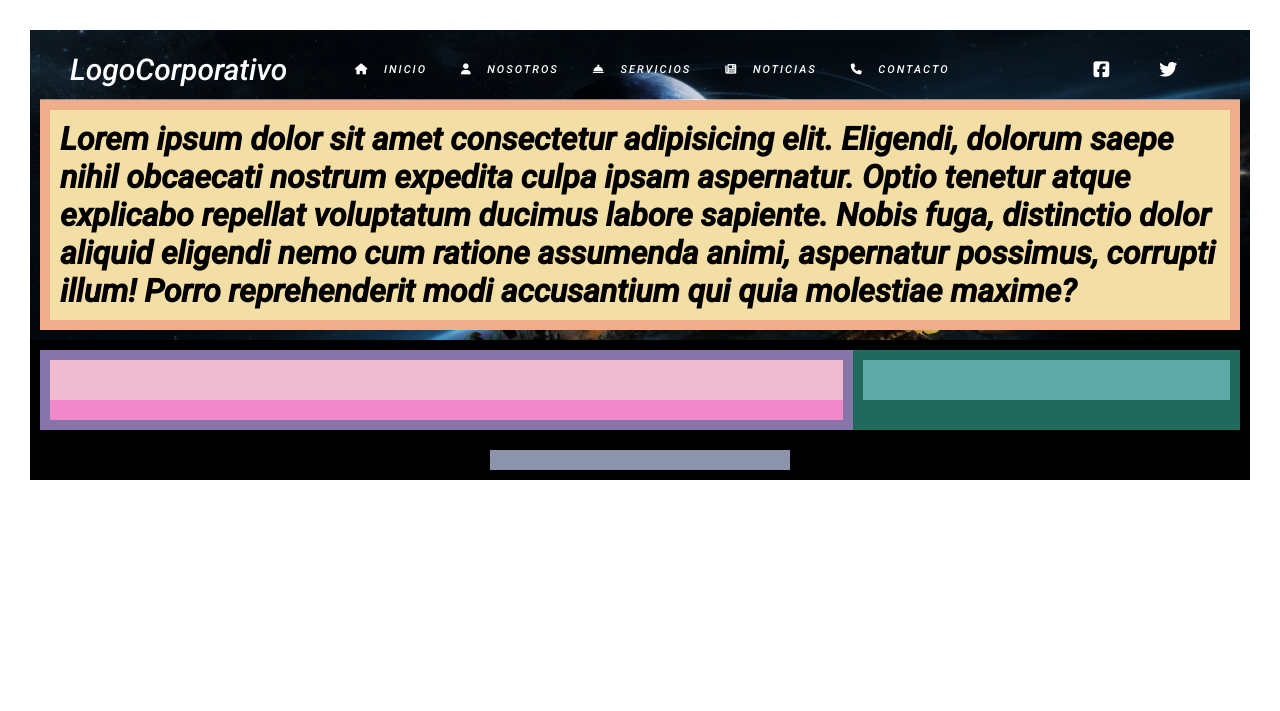
Repository: Aldo-DT/landingGree
Page: 2 CSS/pagina.html
An editor plug-in stored every save of this project. The page is shown before and after the next save, followed by the edit.
The browser window is 1280 px wide. The pictures show the whole page.
Some web libraries are served in a nearby version.

Above is the page before, as saved 2020-09-16 19:21:24.

After the next save:
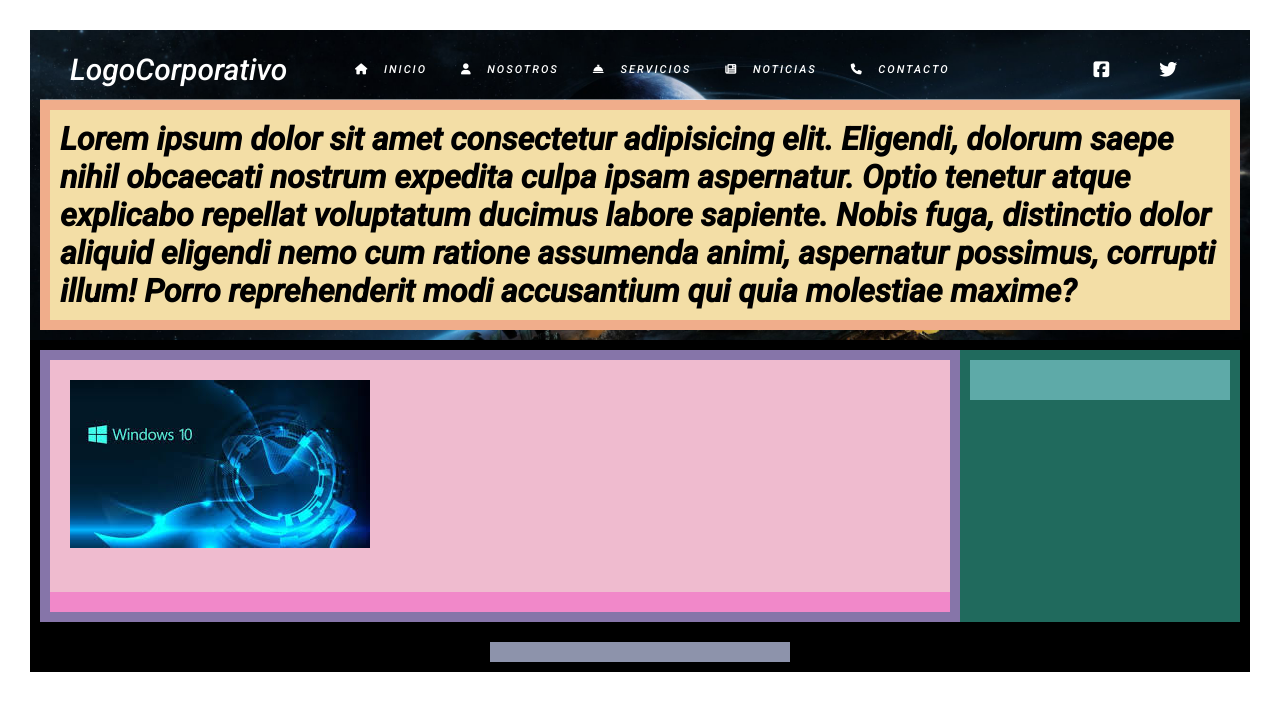
Saved 7 min 12 s later.
--- a/2 CSS/pagina.html
+++ b/2 CSS/pagina.html
@@ -45,7 +45,9 @@
         </header>
         <section class="section">
             <div class="articulos">
-                <article class="article"></article>
+                <article class="article">
+                    <img src="imagenes/2.jpg" alt="">
+                </article>
                 <article class="article"></article>
                 <article class="article"></article>
                 <article class="article"></article>
